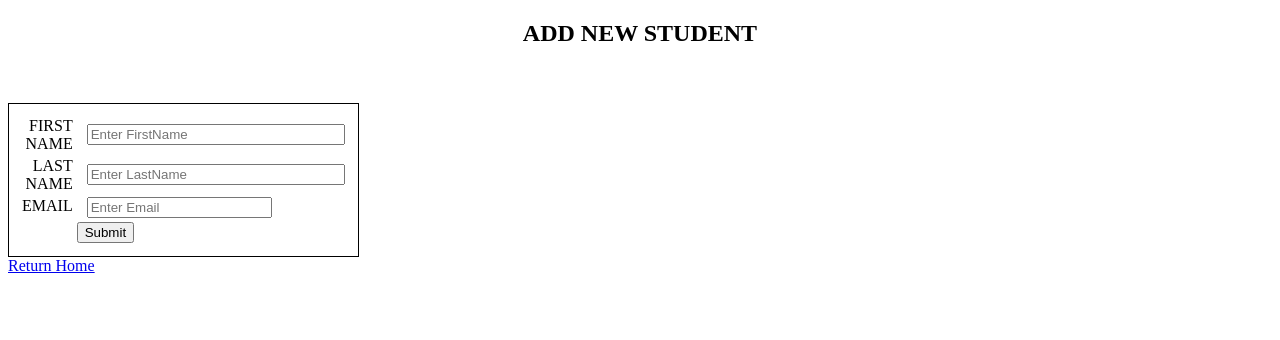
Repository: Catalyst-OTU/Java_Works
Page: http://localhost/Student-MVC/edit-Student-form.jsp
An editor plug-in stored every save of this project. The page is shown before and after the next save, followed by the edit.
The browser window is 1280 px wide. The pictures show the whole page.
The page is served by Tomcat 9.

Above is the page before, as saved 2021-02-02 18:58:49.

After the next save:
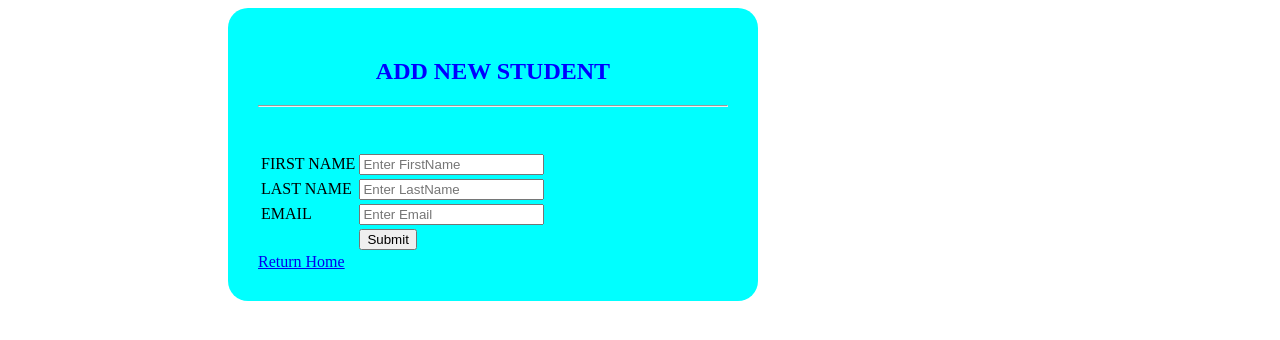
Saved 3 min 55 s later.
--- a/Student-MVC/WebContent/edit-Student-form.jsp
+++ b/Student-MVC/WebContent/edit-Student-form.jsp
@@ -3,30 +3,31 @@
 <!DOCTYPE html>
 <html>
 <head>
-<style type="text/css">
-.formtable{
-		padding: 10px;
-		border: 1px solid black;
-		width: 300px
-	}
-input[type=text]{
-width: 250px;
-}
-.label{
-	text-align:right;
-	vertical-align:top;
-}
-.control-form{
-	margin-left: 10px;
-}
-h2{text-align: center;}
-</style>
+
+
+	    <style>
+        .conatiners{
+                  margin-left: 220px;
+                  margin-top: 10x;
+                  background-color: aqua;
+                  border-radius: 20px;
+                  width: 470px;
+                  padding: 30px;
+                }
+                h2{color: blue; text-align: center; cursor: pointer;}
+                h2:hover{color: black;}
+    </style>
 
 <meta charset="ISO-8859-1">
 <title>Add New Student</title>
 </head>
 <body>
-<h2>ADD NEW STUDENT</h2> <br/> <br/>
+
+<div class="conatiners">
+
+<h2>ADD NEW STUDENT</h2>
+ <hr>
+ <br/> <br/>
 
 <form action="home" method="post">
 
@@ -63,5 +64,6 @@ h2{text-align: center;}
 
 <a href="index.jsp"> Return Home </a>
 
+</div>
 </body>
 </html>
